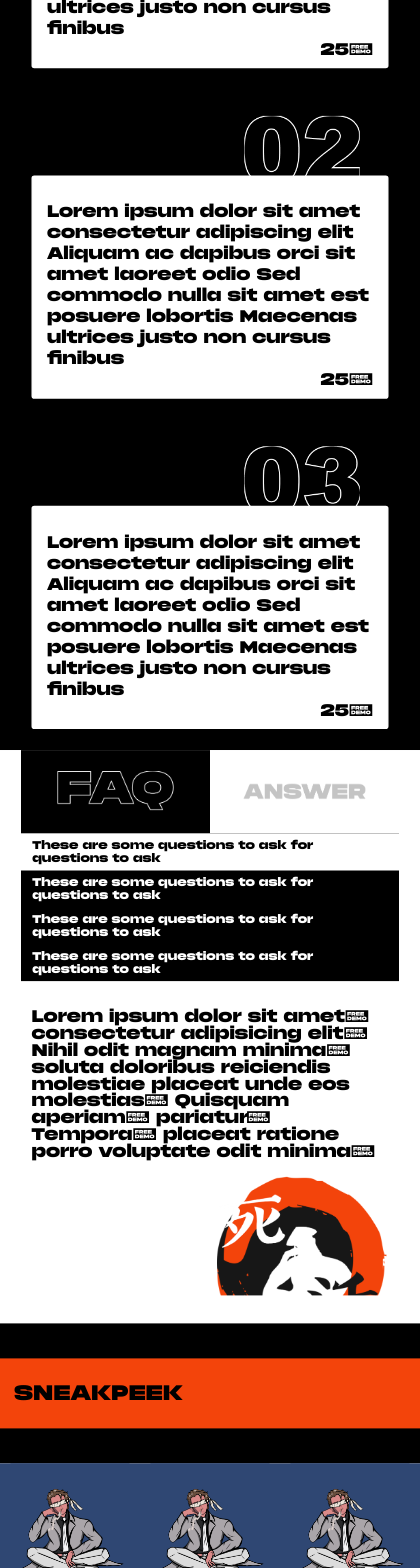
Repository: danishmahmoodawan/Sneakpeak
Page: /
An editor plug-in stored every save of this project. The page is shown before and after the next save, followed by the edit.
The browser window is 600 px wide. The pictures show the part of the page from y = 1362 to 3602 px (the page is 3815 px tall), at 70% of full size.
The project was rebuilt for these pictures with package versions that can differ from the ones it lists, and the page was loaded fresh each time.

Above is the page before, as saved 2022-02-28 22:39:18.

### public/index.html
<!DOCTYPE html>
<html lang="en">
  <head>
    <meta charset="utf-8" />
    <meta name="viewport" content="width=device-width, initial-scale=1" />
    <link rel="stylesheet" href="https://cdnjs.cloudflare.com/ajax/libs/twitter-bootstrap/4.6.0/css/bootstrap.min.css">
	<link rel="stylesheet" href="https://cdnjs.cloudflare.com/ajax/libs/font-awesome/5.15.4/css/all.min.css">
	<link rel="stylesheet" href="assets/css/style.css">
	<title>SneakPeak</title>
  </head>
  <body>
    <noscript>You need to enable JavaScript to run this app.</noscript>
    <div id="root"></div>
	<script src="https://cdnjs.cloudflare.com/ajax/libs/jquery/3.5.1/jquery.slim.min.js"></script>
	<script src="https://cdnjs.cloudflare.com/ajax/libs/popper.js/1.16.1/umd/popper.min.js"></script>
  <script src="https://cdnjs.cloudflare.com/ajax/libs/twitter-bootstrap/4.6.0/js/bootstrap.min.js"></script>
  <link rel="stylesheet" href="https://fonts.googleapis.com/css2?family=Inter:wght@100;200;300;400;500;600;700;800;900&display=swap"/>
  <link rel="stylesheet" href="https://fonts.googleapis.com/css2?family=VT323:wght@400&display=swap"/>
  </body>
</html>

### src/App.js
import Home from "./pages/Home";

function App() {
  return (
    <div>
      <Home />
    </div>
  );
}

export default App;

### src/pages/Home.js

import { useState, useEffect } from 'react';
function Home() {

  return (
   <>
 <section className="top_section">
            <div className="container">
                <div className="row">
                    <div className="col-12 text-center top_image">
                        <div className="social_div">
                            <img src="assets/images/ICON_INSTA24.png" alt="ICON_INSTA24" className="desktop_image"/>
                            <img src="assets/images/ICON_MEDIUM25.png" alt="ICON_MEDIUM25" className="desktop_image"/>
                            <img src="assets/images/ICON_OS26.png" alt="ICON_OS26" className="desktop_image"/>
                            <img src="assets/images/ICON_TWITTER27.png" alt="ICON_TWITTER27" className="desktop_image"/>
                            <img src="assets/images/ICON_DISCORD28.png" alt="ICON_DISCORD28" className="desktop_image"/>
                        </div>
                    </div>
                </div>
            </div>
        </section>
        <section className="first_section"></section>

        <section className="second_section">
            <div className="container">
                <div className="row d-flex align-items-center justify-content-center">
                    <div className="col-12 col-md-5 left_sec_col img_col">
                        <div className="row">
                          <div className="col-12 right_inner_sec_col row_set_whi">
                                <div className="row">
                                    <div className="col-4 col_white">
                                        <p>PRICE</p>
                                    </div>
                                    <div className="col-8 col_black">
                                        <p>0.15 Ξ</p>
                                    </div>
                                </div>
                                <div className="row">
                                    <div className="col-4 col_white">
                                        <p>TOTAL</p>
                                    </div>
                                    <div className="col-8 col_black">
                                        <p>1125 / 3333</p>
                                    </div>
                                </div>
                                <div className="row">
                                    <div className="col-4 col_white">
                                        <p>LIMIT</p>
                                    </div>
                                    <div className="col-8 col_black">
                                        <p>5 PER TX</p>
                                    </div>
                                </div>
                            </div>
                        </div>

                    </div>
                    <div className="col-12 col-md-2 left_sec_col text-center">
                        <div className="row"><div className="col-12 icon_size p-0"> <a href="#" target={{target:"_blank"}}> <svg xmlns="http://www.w3.org/2000/svg" width="50" height="40" fill="currentColor" className="bi bi-chevron-compact-up" viewBox="0 0 16 16">
  <path fill-rule="evenodd" d="M7.776 5.553a.5.5 0 0 1 .448 0l6 3a.5.5 0 1 1-.448.894L8 6.56 2.224 9.447a.5.5 0 1 1-.448-.894l6-3z"/>
</svg></a></div>
 </div>
                        <div className="row"><div className="col-12 icon_size p-0"><span className="counts"> 5 </span></div> </div>
                        <div className="row"><div className="col-12 icon_size p-0"><a href="#" target={{target:"_blank"}}> <svg xmlns="http://www.w3.org/2000/svg" width="50" height="40" fill="currentColor" className="bi bi-chevron-compact-down" viewBox="0 0 16 16">
  <path fill-rule="evenodd" d="M1.553 6.776a.5.5 0 0 1 .67-.223L8 9.44l5.776-2.888a.5.5 0 1 1 .448.894l-6 3a.5.5 0 0 1-.448 0l-6-3a.5.5 0 0 1-.223-.67z"/>
</svg></a></div>
 </div>
                    </div>
                    <div className="col-12 col-md-2 mintbtns right_col">
                    <button className=" m-2">MINT <br /> NOW</button>
                    </div>
                </div>
            </div>
        </section>

        <section className="third_section roadmapSec">
            <div className="container">
                <div className="row third_row">
                <div className="col-12 "><h1>ROADMAP</h1></div>
                 </div>
                 <div className="row set_map">
                 <div className="col-sm-12 col-md-4">
                 <div className="btn map_one maptwo btn-primary position-relative">
             <p>    Lorem ipsum dolor sit amet consectetur adipiscing elit Aliquam ac dapibus orci sit amet laoreet odio Sed commodo nulla sit amet est posuere lobortis Maecenas ultrices justo non cursus finibus </p>
  <span className="position-absolute top-0 start-100 translate-middle badge rounded-pill set_ict">
  <img src="assets/images/01.png" alt="PREVIEW_Artboard321293" className="desktop122_image" />
  </span>
  <p className="text-right">25%</p>
</div>
                 </div>
                 <div className="col-sm-12 col-md-4">
                 <div className="btn map_one maptwo btn-primary position-relative">
             <p>    Lorem ipsum dolor sit amet consectetur adipiscing elit Aliquam ac dapibus orci sit amet laoreet odio Sed commodo nulla sit amet est posuere lobortis Maecenas ultrices justo non cursus finibus </p>
  <span className="position-absolute top-0 start-100 translate-middle badge rounded-pill set_ict">
  <img src="assets/images/02.png" alt="PREVIEW_Artboard321293" className="desktop122_image" />
  </span>
  <p className="text-right">25%</p>
</div>
                 </div>
                 <div className="col-sm-12 col-md-4">
                 <div className="btn map_one maptwo btn-primary position-relative">
             <p>    Lorem ipsum dolor sit amet consectetur adipiscing elit Aliquam ac dapibus orci sit amet laoreet odio Sed commodo nulla sit amet est posuere lobortis Maecenas ultrices justo non cursus finibus </p>
  <span className="position-absolute top-0 start-100 translate-middle badge rounded-pill set_ict">
  <img src="assets/images/03.png" alt="PREVIEW_Artboard321293" className="desktop122_image" />
  </span>
  <p className="text-right">25%</p>
</div>
                 </div>
                 </div>
             </div>
        </section>
        <section className="forth_section faq_container">
            <div className="container">
            <div className="row">
            <div className="col-6 col-md-4 col_pading faq_col p-5">
            <img src="assets/images/faq.png" alt="PREVIEW_Artboard321293" className="desktop122_image" />
</div>
            <div className="col-6 col-md-8 anser p-5">
            <img src="assets/images/answer.png" alt="PREVIEW_Artboard321293" className="desktop122_image" />
            </div>
            </div>



<div className="row">
<div className="col-md-4 bg_link faq_tabss p-0">

    <ul className="nav md-pills pills-secondary d-flex flex-column">
      <li className="nav-item">
        <a className="nav-link active" data-toggle="tab" href="#panel11" role="tab">These are some questions to ask for questions to ask</a>
      </li>
      <li className="nav-item">
        <a className="nav-link" data-toggle="tab" href="#panel12" role="tab">These are some questions to ask for questions to ask</a>
      </li>
      <li className="nav-item">
        <a className="nav-link" data-toggle="tab" href="#panel13" role="tab">These are some questions to ask for questions to ask</a>
      </li>
      <li className="nav-item">
        <a className="nav-link" data-toggle="tab" href="#panel14" role="tab">These are some questions to ask for questions to ask</a>
      </li>
    </ul>

  </div>
  <div className="col-md-8 logo_ns">

    <div className="tab-content pt-0">

      <div className="tab-pane fade in show active" id="panel11" role="tabpanel">
        <br />

        <p>Lorem ipsum dolor sit amet, consectetur adipisicing elit. Nihil odit magnam minima, soluta doloribus
          reiciendis molestiae placeat unde eos molestias. Quisquam aperiam, pariatur. Tempora, placeat ratione
          porro voluptate odit minima.</p>
          <img src="assets/images/logo_set.png" alt="LOGO" className="desktop122_image" />


      </div>
      <div className="tab-pane fade" id="panel12" role="tabpanel">
        <br />

        <p>Lorem ipsum dolor sit amet, consectetur adipisicing elit. Nihil odit magnam minima, soluta doloribus
          reiciendis molestiae placeat unde eos molestias. Quisquam aperiam, pariatur. Tempora, placeat ratione
          porro voluptate odit minima.</p>
        <p>Lorem ipsum dolor sit amet, consectetur adipisicing elit. Nihil odit magnam minima, soluta doloribus
          reiciendis molestiae placeat unde eos molestias. Quisquam aperiam, pariatur. Tempora, placeat ratione
          porro voluptate odit minima.</p>

      </div>
      <div className="tab-pane fade" id="panel13" role="tabpanel">
        <br />

        <p>Lorem ipsum dolor sit amet, consectetur adipisicing elit. Nihil odit magnam minima, soluta doloribus
          reiciendis molestiae placeat unde eos molestias. Quisquam aperiam, pariatur. Tempora, placeat ratione
          porro voluptate odit minima.</p>
          <img src="assets/images/logo_set.png" alt="LOGO" className="desktop122_image" />


      </div>
      <div className="tab-pane fade" id="panel14" role="tabpanel">
        <br />

        <p>Lorem ipsum dolor sit amet, consectetur adipisicing elit. Nihil odit magnam minima, soluta doloribus
          reiciendis molestiae placeat unde eos molestias. Quisquam aperiam, pariatur. Tempora, placeat ratione
          porro voluptate odit minima.</p>
        <p>Lorem ipsum dolor sit amet, consectetur adipisicing elit. Nihil odit magnam minima, soluta doloribus
          reiciendis molestiae placeat unde eos molestias. Quisquam aperiam, pariatur. Tempora, placeat ratione
          porro voluptate odit minima.</p>

      </div>


    </div>


</div>

</div>
</div>


        </section>

        <section className="fifth_section">
            <div className="container-fluid fifth_container">
            <div className="row"><div className="col-12">
                <h2 className="road_map">SNEAKPEEK</h2>
            </div></div></div>
        </section>
        <section className="six_section">
            <div className="container-fluid">
            <div className="row">
            <div className="col-4">
            <img src="assets/images/char_img.png" alt="char_img" className="desktop122_image" />
            </div>
            <div className="col-4">
            <img src="assets/images/char_img.png" alt="char_img" className="desktop122_image" />
            </div>
            <div className="col-4">
            <img src="assets/images/char_img.png" alt="char_img" className="desktop122_image" />
            </div>

            </div>
            </div>
        </section>
        <section>
        <div className="row">
            <div className="col-12">
            <div className="empty_div"> </div>
            </div>
            <div className="col-12">
            <div className="empty_divs"> </div>
            </div>
            </div>
        </section>
        <section className="section_seven">
        <div className="container">
        <div className="row">
            <div className="col-4 col_whites ">
            <img src="assets/images/project_name.png" alt="char_img" className="desktop122_image" />
            </div>
            </div>
            </div>
        </section>

	</>
  );
}

export default Home;

### public/assets/css/style.css
html {
  font-family: Inter;
  font-size: 16px;
}
body{
  overflow-x: hidden;
}
@font-face {
  font-family: 'Phonk-cont';
  src: url('../fonts/Phonk-ContrastDEMO.ttf');
}
@font-face {
  font-family: 'Phonk-regular';
  src: url('../fonts/Phonk-ReguularDEMO.ttf');
}
body {
  font-weight: 400;
  font-style:normal;
  text-decoration: none;
  text-transform: none;
  letter-spacing: normal;
  line-height: 1.15;
  color: var(--dl-color-gray-black);
  background-color: var(--dl-color-gray-white);
}
p{
  margin-bottom: 0px;
  font-family: Phonk-cont;
  font-size: 24px;
  font-style: normal;
  font-weight: 400;
  line-height: 24px;
  letter-spacing: 0em;
  text-align: left;
  color:#FFF
}
h2{
  font-family: 'Phonk-cont';
  font-style: normal;
  font-weight: normal;
  font-size: 72px;
  line-height: 72px;
  color: #FFFFFF;
  text-align: center;
  margin-bottom: 0;
}
:root {
  --dl-color-gray-500: #595959;
  --dl-color-gray-700: #999999;
  --dl-color-gray-900: #D9D9D9;
  --dl-size-size-large: 144px;
  --dl-size-size-small: 48px;
  --dl-color-danger-300: #A22020;
  --dl-color-danger-500: #BF2626;
  --dl-color-danger-700: #E14747;
  --dl-color-gray-black: #000000;
  --dl-color-gray-white: #FFFFFF;
  --dl-size-size-medium: 96px;
  --dl-size-size-xlarge: 192px;
  --dl-size-size-xsmall: 16px;
  --dl-space-space-unit: 16px;
  --dl-color-primary-100: #003EB3;
  --dl-color-primary-300: #0074F0;
  --dl-color-primary-500: #14A9FF;
  --dl-color-primary-700: #85DCFF;
  --dl-color-success-300: #199033;
  --dl-color-success-500: #32A94C;
  --dl-color-success-700: #4CC366;
  --dl-size-size-xxlarge: 288px;
  --dl-size-size-maxwidth: 1400px;
  --dl-radius-radius-round: 50%;
  --dl-space-space-halfunit: 8px;
  --dl-space-space-sixunits: 96px;
  --dl-space-space-twounits: 32px;
  --dl-radius-radius-radius2: 2px;
  --dl-radius-radius-radius4: 4px;
  --dl-radius-radius-radius8: 8px;
  --dl-space-space-fiveunits: 80px;
  --dl-space-space-fourunits: 64px;
  --dl-space-space-threeunits: 48px;
  --dl-space-space-oneandhalfunits: 24px;
}

.desktop122_image{
  width: 100%;
}
/* css start */
.top_section{
  background-color: #222222;
  padding: 10px;
}
.empty_div{
height: 30px;
background: #000;
}
.empty_divs{
height: 30px;
background: white;
}
.section_seven{
background:#E5E5E5;
padding-bottom: 40px;
}
.col_whites{
background: white;
}
.col_white img{
  margin-top: -15px;
}
.top_content .button{
  font-family: VT323;
  font-style: normal;
  font-weight: normal;
  font-size: 16px;
  line-height: 16px;
  color: #222222;
}
.first_section{
  background-image: url('images/banner_home.png');
  background-repeat: no-repeat;
  background-size: cover;
  height: 100vh;
  background-position: center;
}
.second_section{
  background-image: url('images/aksc.png');
    background-repeat: no-repeat;
    background-size: inherit;
    background-position: center;
    margin: -30px;
    width: 100%;
}
.third_row h1{
  font-family: Phonk-cont;
  font-style: normal;
  font-weight: 600;
  font-size: 100px;
  text-align: center;
  color: white;
}
.col_white p{
  color: #fff;
  padding: 8px 0;
  text-align: center;
}

.col_black p{
  color: #F3440B;
  padding: 8px 0;
  text-align: right;
}
.img_col{
  padding: 32px 20px !important;
}
.mintbtns button{
  background: #F3440B;
border-radius: 10px;
color: white;
padding: 44px 25px;
font-family: Phonk-cont;
font-weight: 600;
font-size: 36px;
line-height: 46px;
border-color: #F3440B;
}
.mintbtns button:hover{
  background: #bc350a;
}
.counts{
  font-family: Phonk-cont;
  font-style: normal;
  font-weight: 600;
  font-size: 55px;
  color: white;
}
.icon_size{
color: white;
}
.icon_size a{
  color: white;
}
.icon_size a:hover{
  color: #F3440B;
}
.second_section .row{
  align-items: center;
}
.left_sec_col{
  background-color: #000;
  padding: 20px 15px;
  border-radius: 10px;
  margin-left: 10px;
  margin-right: 10px;
}

.pluss_minus_row{
  padding: 40px;
}
.second_section a.button{
  background: linear-gradient(90.9deg, #35A9AD 0%, #9D4DB1 100%);
  color: #FFF;
  font-family: VT323;
  display: block;
  text-decoration: none;
  max-width: 370px;
  margin: 0 auto;
  margin-top: 30px;
  cursor: pointer;
}
.map_one{
  background: #444444;
  border: 2px solid #FFFFFF;
box-sizing: border-box;
padding: 35px 20px 10px 20px;
margin-top: 16%;
}
.roadmapSec{
padding: 5% 0;
}
.maptwo{
  background: white;
}
.maptwo p{
  color: #000;
}
.forth_section img{
width: 80%;
}
.map_one p{
  line-height: 30px;
}
.maptwo .badge{
top: -118px !important;
}
.maptwo img{
  width: 82%;
}
.map_one .badge{
  top: -90px;
  right: -19px;

}
.set_ict{
  font-family: Phonk-cont;
  font-style: normal;
  font-weight: 600;
  font-size: 100px;
  text-align: center;
  color: white;
}
.map_one:hover{
  background: #444444;
  border: 2px solid #FFFFFF;
}
.maptwo:hover{
  background: white;
}
.map_one:active, .map_one:focus{
  background-color: #444444 !important;
  box-shadow: none !important;
  border-color: #fff !important;
}
.map_two:active, .map_two:focus{
  background-color: white !important;
  box-shadow: none !important;
  border-color: #fff !important;
}
.map_one:not(:disabled):not(.disabled){
  cursor: auto;
}
p.sol{
  color: rgba(34, 34, 34, 0.5);
  text-align: center;
  padding-top: 8px;
}
.third_section{
  background-color: black;
  padding-top: 7%;
}
.faq_container{
  background: white;
}
.faq_container h2{
  padding: 0 30px;

}
.faq_col{
background: black;
display: block;
text-align: center;
}
.bg_link{
  background: black;
}

.forth_left_col{
  background-color: #222222;
}
.forth_section p{
  margin: 20px 0;
  color: black;
}
.logo_ns img{
width: 50%;
float: right;
}
.forth_left_col p{
  background-color: #111111;
  color: #FFF;
  padding: 10px 20px;
}
.forth_right_col{
  padding-left: 100px;
}
.forth_right_col p{
  color: #111111;
}
.fifth_section{
  background: black;
  padding: 50px 0;
}
.fifth_section .container:not(:last-child) {
  background: #C4C4C4;
  max-width: 900px;
  margin: 0 auto;
  padding: 50px 30px 100px;
}

.fifth_section h2.road_map{
  font-size: 120px;
  line-height: 60px;
color:black;
text-align: left;
}
.fifth_section p{
  color: #111111;
}
.fifth_container{
background: #F3440B;
padding: 20px;
}
.six_section{
background: #2f4773;
}
.fifth_left_col{
  background-color: #FFF;
  border-right: 8px solid rgba(17, 17, 17, 0.5);
  border-bottom: 8px solid rgba(17, 17, 17, 0.5);
}
.fifth_left_col h2{
  font-size: 100px;
  line-height: 100px;
  color: #000000;
  padding: 20px;
}
.fifth_last_row .fifth_left_col{
  background: linear-gradient(90.9deg, #35A9AD 0%, #9D4DB1 100%);
  border-right: 8px solid rgba(255, 255, 255, 0.5);
  border-bottom: 8px solid rgba(255, 255, 255, 0.5);
}
.fifth_last_row .fifth_left_col h2{
  color: #FFF;
}
.logo_container{
  background-color: #FFF;
}
/* FAQ Start */
.faq_tabss a{
color: white;
font-family: Phonk-cont;
}
.faq_tabss .active{
background: white;
color: black;
}
/* FAQ STart */
/* media query */
@media only screen and (min-width: 1025px) {

}
@media only screen and (max-width: 1024px) and (min-width: 992px) {

  .first_section{
    height: 26vh;
    background-size: contain;
  }
  .right_third_col{
    background-size: cover;
  }
}

@media only screen and (max-width: 992px) and (min-width: 768px) {
  .first_section{
    height: 26vh;
  }
  .pluss_minus_row{
    padding: 25px;
  }
  .col_white p ,.col_black p{
    font-size: 18px;
  }
  .right_third_col{
    background-size: cover;
  }
}
@media only screen and (max-width: 767px) {
  h2{
    font-size: 36px;
    line-height: 42px;
  }
  .third_row h1, .fifth_section h2.road_map{
    font-size: 30px;
  }
  .right_col {
text-align: center;
  }
  .left_sec_col{
    border-radius: 0;
  }
  .map_one{
    margin-top: 30%;
  }
  .first_section {
    background-size: cover;
    height: 25vh;
  }
  .top_section .col-6{
padding: 0;
  }
  .right_sec_col{
    padding-top: 30px;
  }
  .second_section{
    margin: 0;
  }
  .row_set_whi{
    margin: 10px 0;
  }
  .col_pading{
padding: 30px !important;
  }
  .anser{
    padding: 30px 0;
  }
  .anser img{
width: 100% !important;
  }
  .right_third_col .container{
    position: initial
  }
  .right_third_col .container .row{
    margin-top: 20px;
  }
  .right_third_col a{
    margin-bottom: 10px;
  }
  .forth_right_col{
    padding: 0 15px ;
  }
  .forth_section{
    padding-bottom: 40px;
  }
  .fifth_section p{
    margin-top: 20px;
  }
  .fifth_section .container:not(:last-child){
    padding-bottom: 40px;
  }
  body, html{
    overflow-x: hidden;
  }
}

@media only screen and (max-width: 767px) and (min-width: 540px) {
  .first_section{
    height: 33vh;
    background-size:  cover;
  }
}

Loaded but not shown: src/index.js (common file); src/index.css (common file); src/reportWebVitals.js (common file)

After the next save:
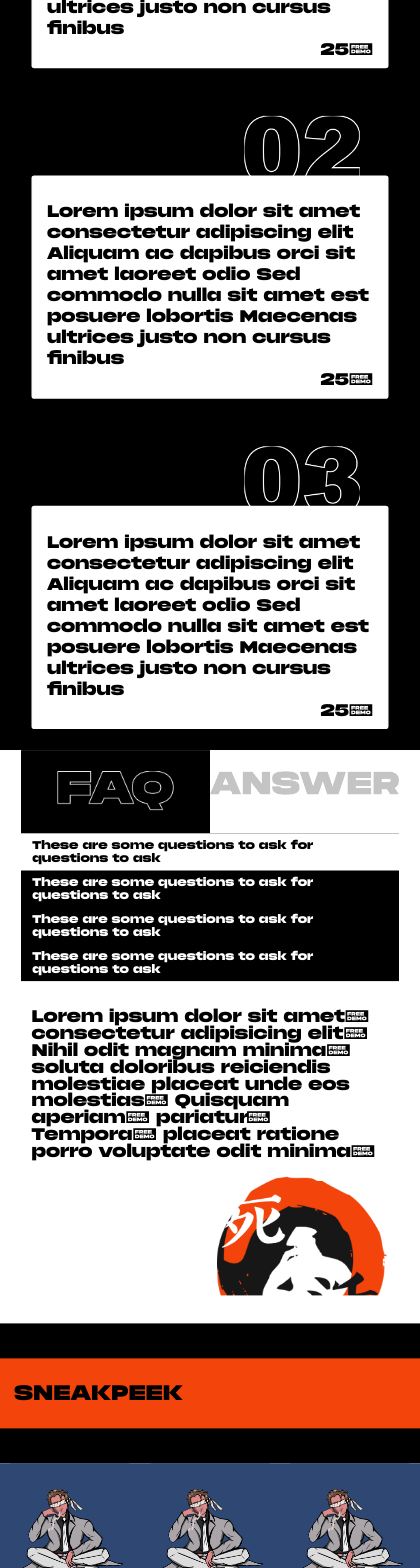
Saved 9 s later.
--- a/public/assets/css/style.css
+++ b/public/assets/css/style.css
@@ -440,7 +440,7 @@ padding: 0;
 padding: 30px !important;
   }
   .anser{
-    padding: 30px 0;
+    padding: 30px 0 !important;
   }
   .anser img{
 width: 100% !important;
